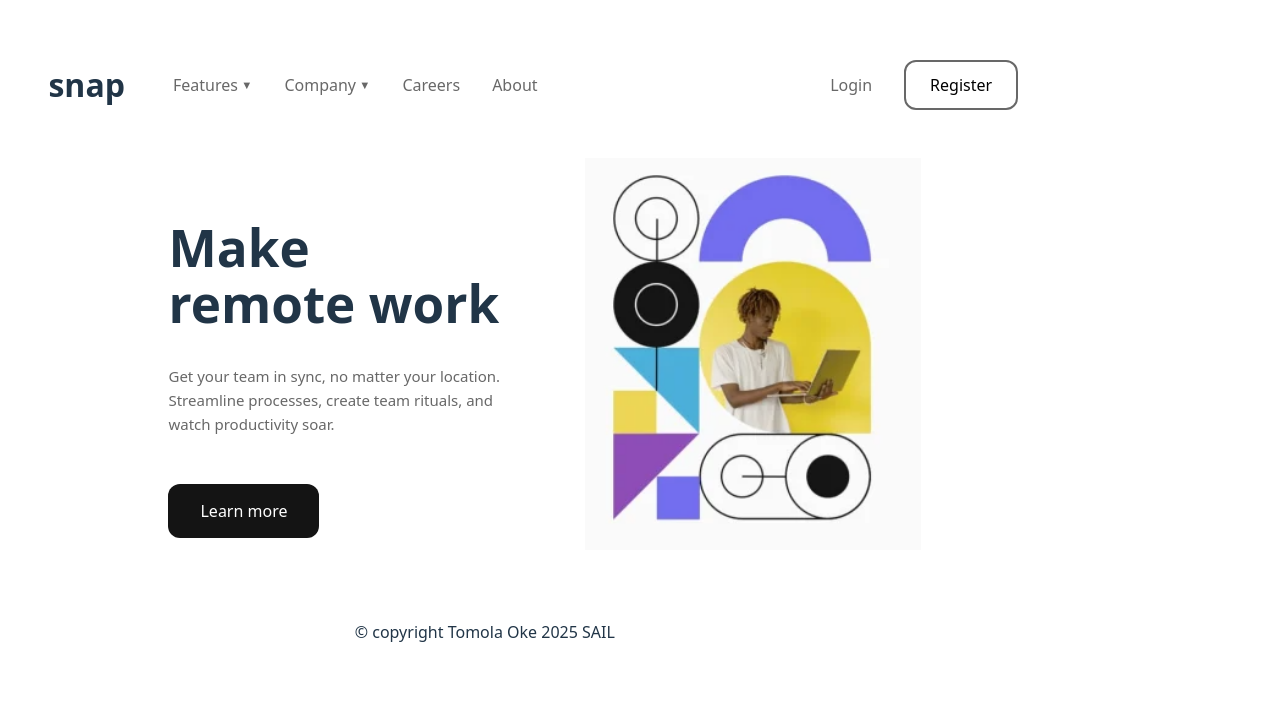
Repository: tomolaoke/SNAP
Page: /
These files come from the project's save history. The page is drawn as it stood at one moment and after the next save; the edit follows.
The browser window is 1280 px wide. The pictures show the whole page.
The project was rebuilt for these pictures with package versions that can differ from the ones it lists, and the page was loaded fresh each time. Also part of the build but not shown: vite.config.js.

Above is the page before, as saved 2025-06-21 22:11:33.

After the next save:
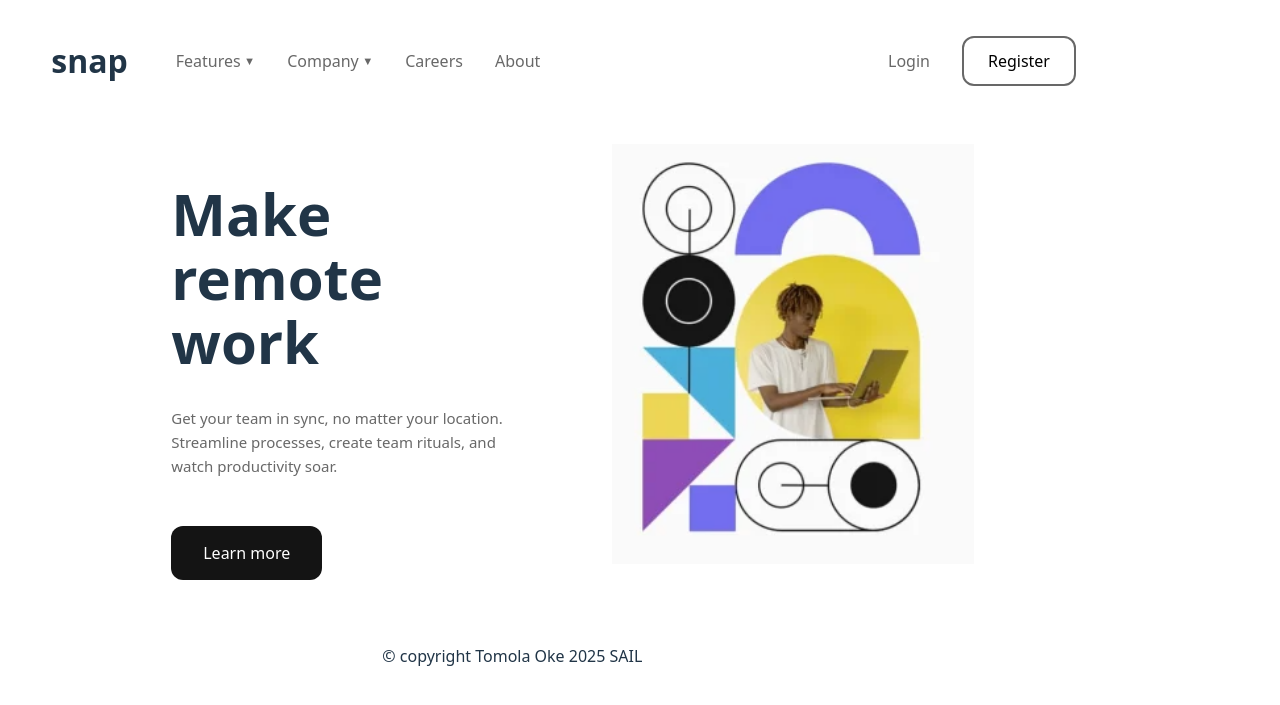
Saved 79 s later.
--- a/src/block/heroblock/HeroBlock.css
+++ b/src/block/heroblock/HeroBlock.css
@@ -1,8 +1,8 @@
 .hero {
   display: flex;
   align-items: center;
-  gap: 5rem;
-  padding: 3rem 5%;
+  gap: 80px; /* 5rem -> 80px */
+  padding: 48px 5%; /* 3rem -> 48px */
 }
 
 .hero-text {
@@ -11,25 +11,25 @@
 }
 
 .hero-text h1 {
-  font-size:=58px;
+  font-size: 58px;
   line-height: 1.1;
-  margin-bottom: 2rem;
+  margin-bottom: 32px; /* 2rem -> 32px */
 }
 
 .hero-text p {
   font-size: 15px;
   line-height: 1.6;
   color: #686868;
-  margin-bottom: 3rem;
+  margin-bottom: 48px; /* 3rem -> 48px */
 }
 
 .cta-button {
-  padding: 1rem 2rem;
+  padding: 16px 32px; /* 1rem 2rem -> 16px 32px */
   background-color: #141414;
   color: white;
   border: none;
   border-radius: 12px;
-  font-size: 1rem;
+  font-size: 16px; /* 1rem -> 16px */
   font-weight: 500;
   cursor: pointer;
 }
